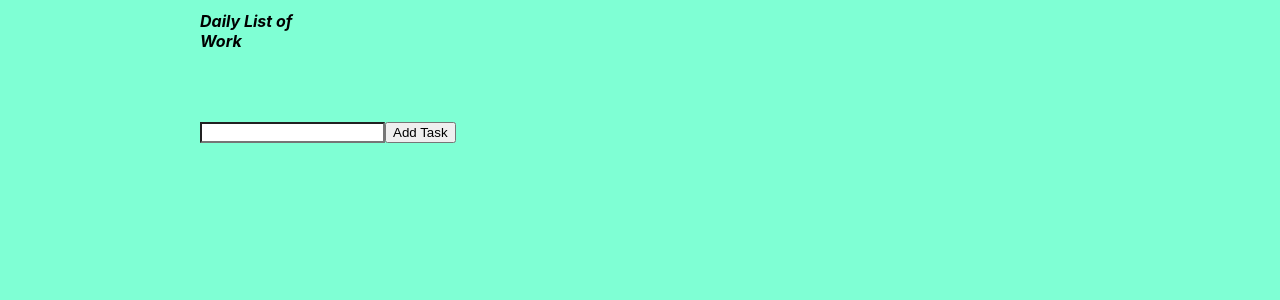
Repository: iamjayenmthakuri/todolist
Page: /
An editor plug-in stored every save of this project. The page is shown before and after the next save, followed by the edit.
The browser window is 1280 px wide. The pictures show the whole page.
The project was rebuilt for these pictures with package versions that can differ from the ones it lists, and the page was loaded fresh each time.

Above is the page before, as saved 2022-09-19 10:26:58.

### src/App.js
import React from 'react';
import { useState } from 'react';
import "./App.css";

function App() {
  const [todoList, setTodoList] = useState([]);
  const [newTask, setNewTask] = useState("");

  const handleOnChange = (event) => {
    setNewTask(event.target.value)
  };

  const addTask = () => {
    const task = {
      id: todoList.length === 0 ? 1 : todoList[todoList.length - 1].id + 1,
      taskName: newTask,
    }
    setTodoList([...todoList, task]);
  };

  const deleteTask = (id) => {
    setTodoList(todoList.filter((task) => task.id !== id));
  };
  return (
    <div>
      <div><h1 className='title'>Daily List of Work</h1>

      <input  className='input' onChange={handleOnChange} />
      <button className='button' onClick={addTask}>Add Task</button>
      {todoList.map((task) => {
        return (
          <div className='container'>
            <h1>{task.taskName}</h1>
            <button onClick={() => deleteTask(task.id)}>X</button>
          </div>
        );
      })}
    </div>
    </div>
  );
}

export default App;

### src/App.css
body{
  background-color: aquamarine;
  display:grid;
  background-position: center;
  position: absolute;
}
.title{
  height: 100px;
  width: 110px;
  font-size: medium;
  font-weight: bold;
  font-style: italic;
  background-position: center;
  transform: translate(200px);
}
.container{
  background-color: white;

}
.input{
  background-color: white;
  height: max-content;
  width: max-content;
  transform: translate(200px);
}
.button{
  background-color:crimson
  height: max-content;
  width: max-content;
  transform: translate(200px);
}

Loaded but not shown: public/index.html (common file); src/index.js (common file); src/index.css (common file); src/reportWebVitals.js (common file)

After the next save:
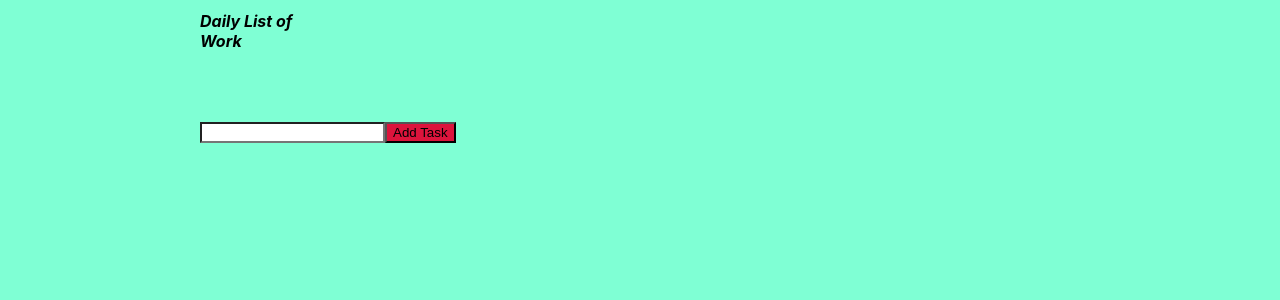
Saved 6 s later.
--- a/src/App.css
+++ b/src/App.css
@@ -24,7 +24,7 @@ body{
   transform: translate(200px);
 }
 .button{
-  background-color:crimson
+  background-color:crimson;
   height: max-content;
   width: max-content;
   transform: translate(200px);
